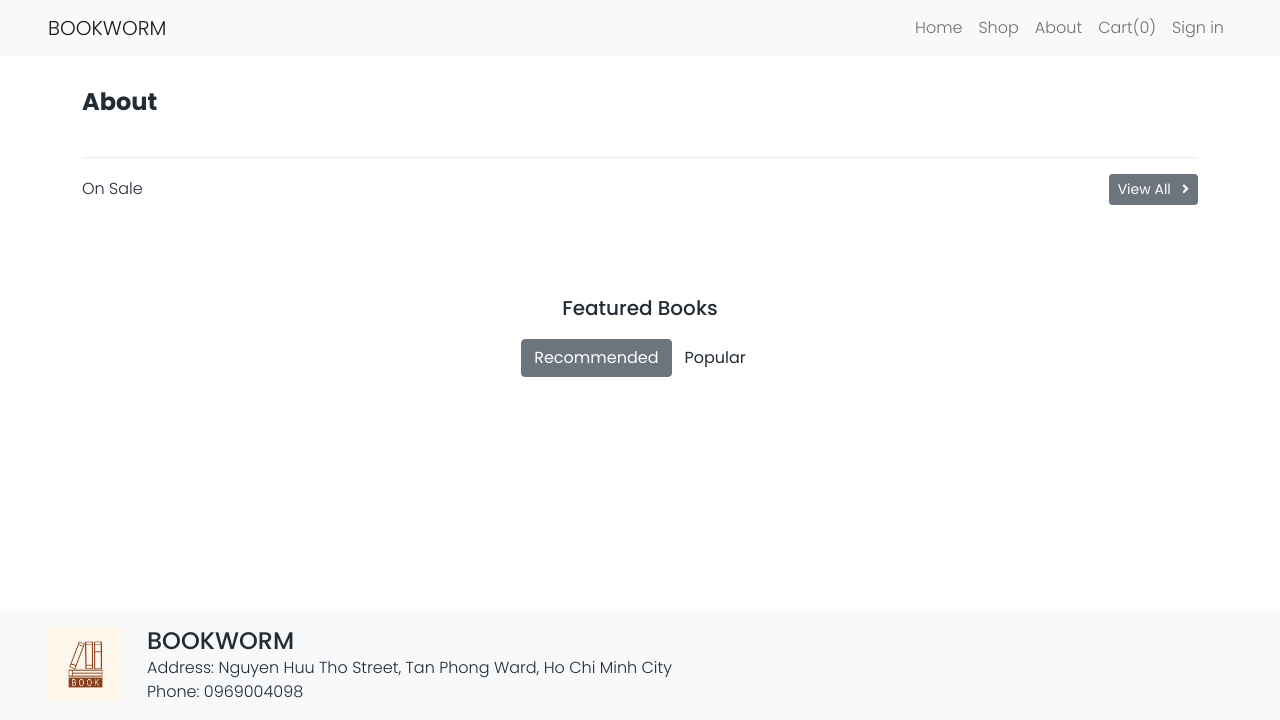
Repository: long13820/bookworm-fe
Page: /
An editor plug-in stored every save of this project. The page is shown before and after a run of saves, followed by the edit.
The browser window is 1280 px wide. The pictures show the whole page.
The page's requests for data from a server got no answer. The project was rebuilt for these pictures with package versions that can differ from the ones it lists, and the page was loaded fresh each time. No one was signed in, and anything a server would have sent is missing. Also part of the build but not shown: src/index.css, src/App.css, src/components/About/about.css, src/components/About/About.js, src/components/Cart/cart.css, src/components/Cart/Cart.js, src/components/Product/Product.js, src/components/Shop/Shop.js.

Above is the page before, as saved 2022-07-01 00:43:29.

After the next 2 saves:
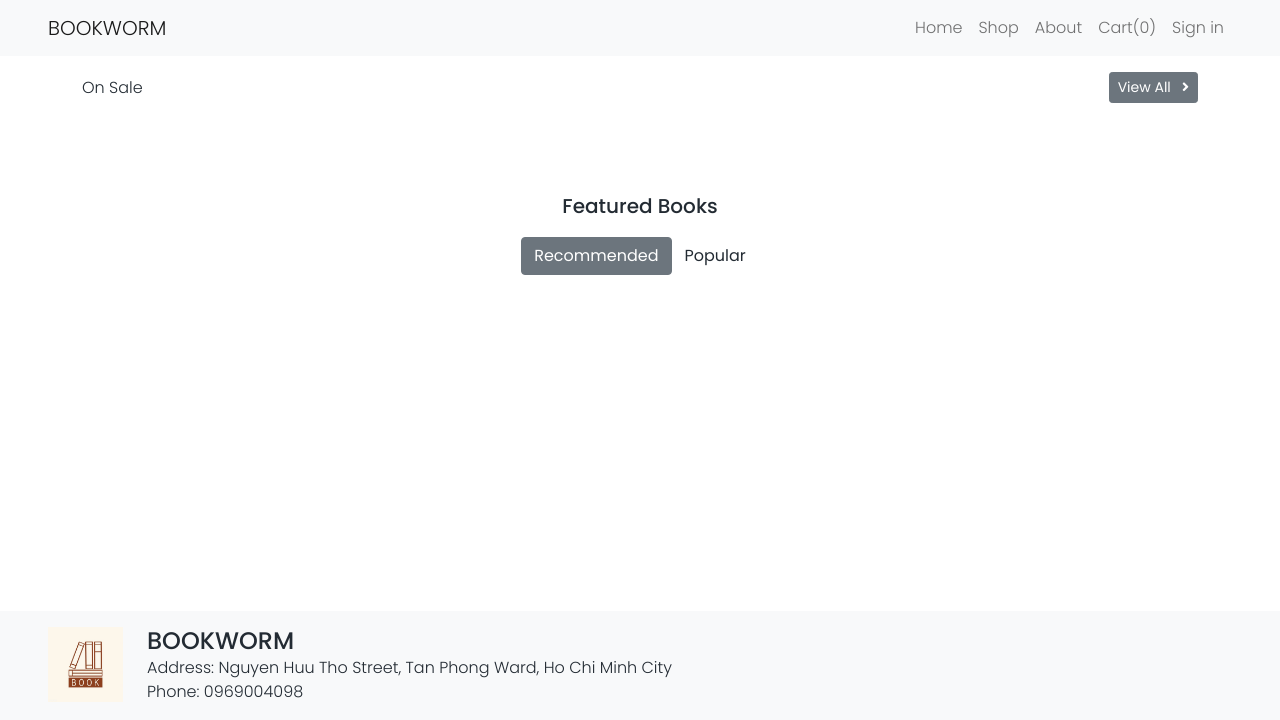
The 2 saves are shown as one change because they came seconds apart.
The last was saved 61 s later.
--- a/src/App.js
+++ b/src/App.js
@@ -25,7 +25,8 @@ function App() {
       <div className='d-flex flex-column m-height-100'>
         <Header/>
 
-        <Title title="About"/>
+        {/* <Title title="About"/> */}
+
         <Routes>
           <Route path='/' element={<Home />}/>
           <Route path='/shop' element={<Shop/>} />
